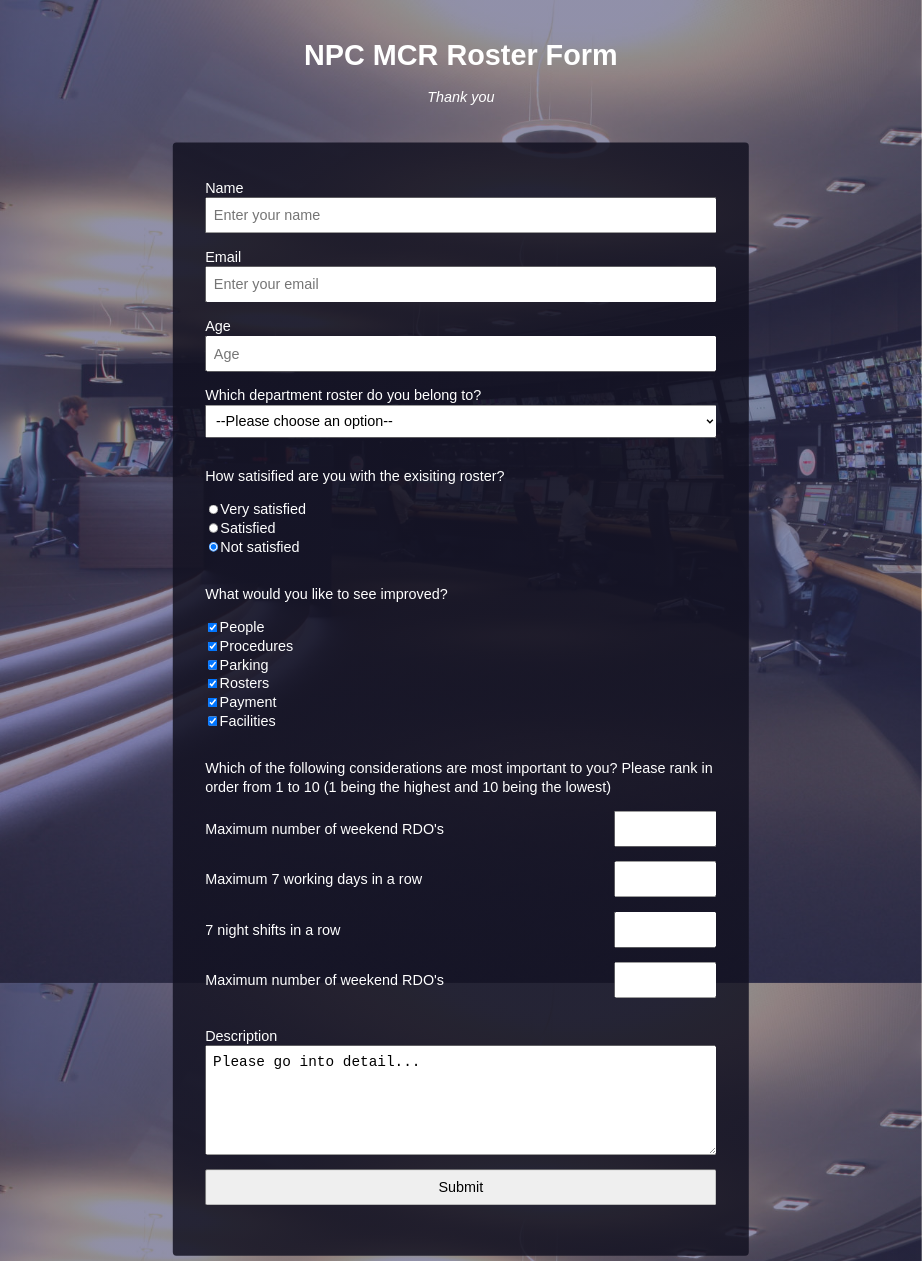
Repository: rvass/fcc-survey-form
Page: index.html
The author's editor kept a record of every edit. The page is drawn from the files as they stood at one moment, then again after the next edit.
The browser window is 1280 px wide. The pictures show the whole page, at 72% of full size.

Above is the page before.

After the next edit:
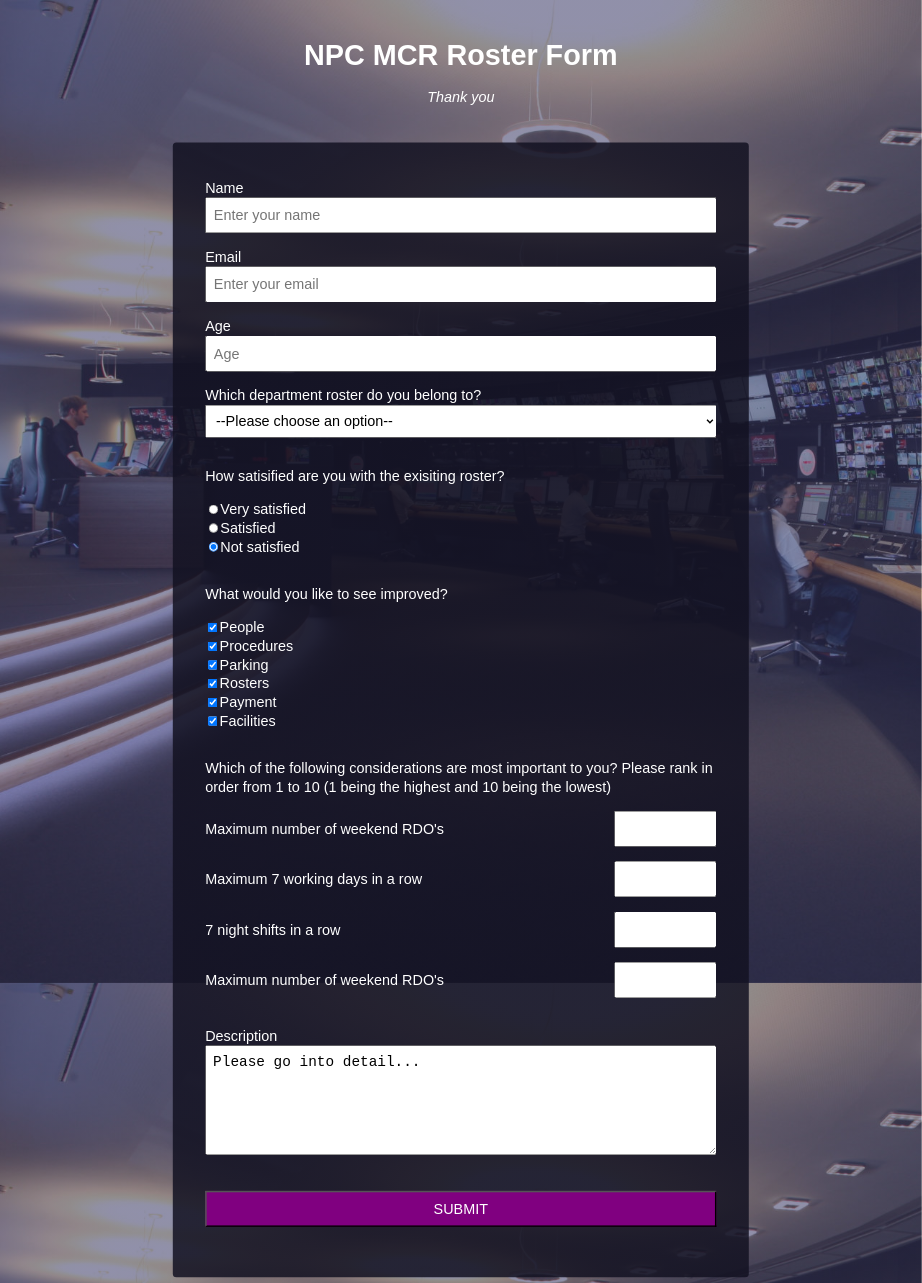
The edit:
--- a/styles.css
+++ b/styles.css
@@ -76,3 +76,11 @@
 .form-div label {
     margin-bottom: 10px;
 }
+
+button {
+    cursor: pointer;
+    background-color: purple;
+    margin-top: 30px;
+    color: white;
+    text-transform: uppercase;
+}
